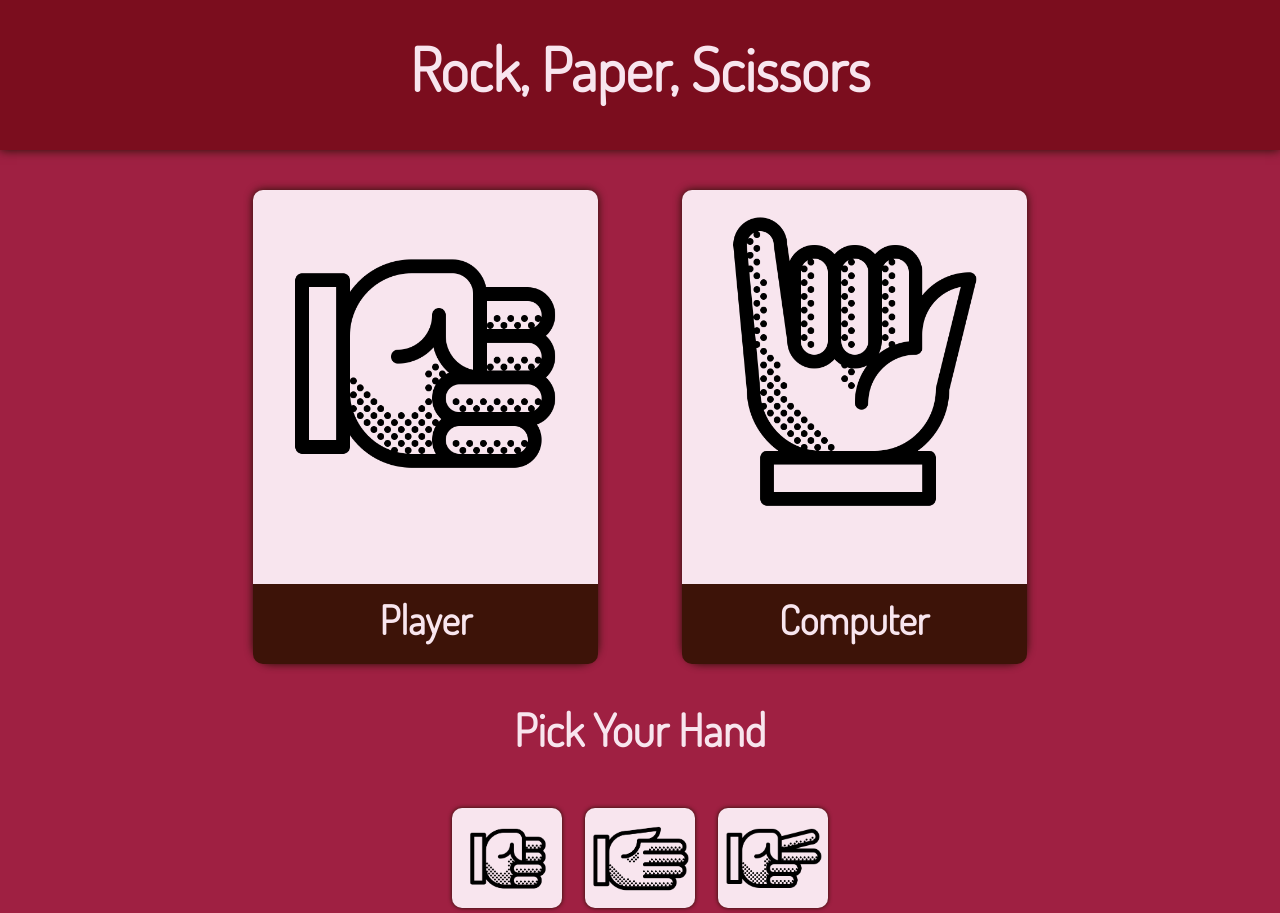
Repository: shayanabedi98/rock-paper-scissors
Page: index.html
These files come from the project's save history. The page is drawn as it stood at one moment and after the next save; the edit follows.
The browser window is 1280 px wide. The pictures show the whole page.
After loading, the first visible `#rock` was clicked once.

Above is the page before, as saved 2023-07-13 23:50:12.

After the next save:
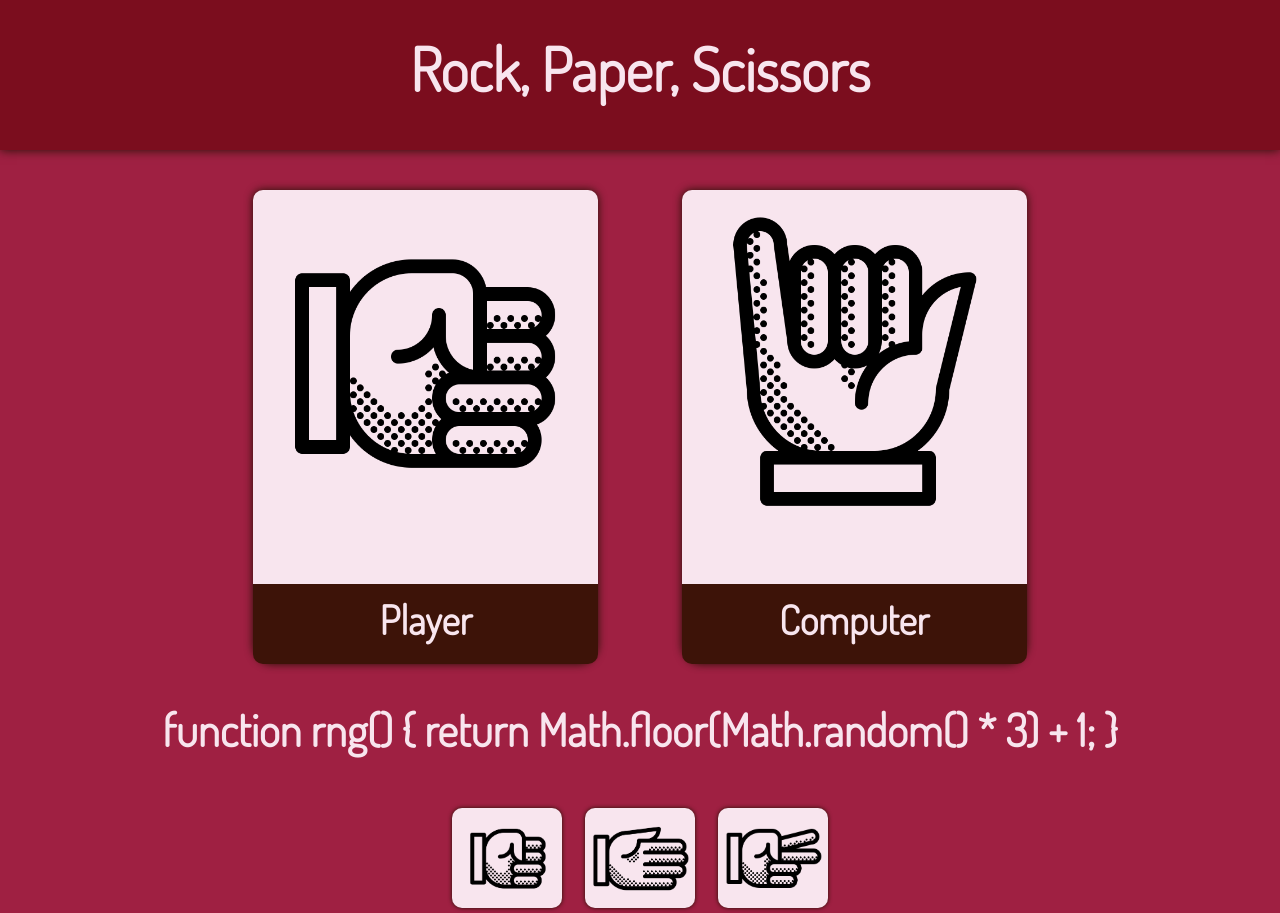
Saved 2 min 51 s later.
--- a/index.js
+++ b/index.js
@@ -13,6 +13,7 @@ function rng() {
 
 var pickedRock = rock.addEventListener('click', function() {
     player.src = 'resources/rockleft.png';
+    caption.innerHTML = rng
 })
 var pickedPaper = paper.addEventListener('click', function() {
     player.src = 'resources/paperleft.png';
@@ -29,5 +30,4 @@ if (pickedRock || pickedPaper || pickedScissors) {
     } else if (rng() = 3) {
         computer.src = 'resources/scissors.png';
     }
-    rng();
 };
